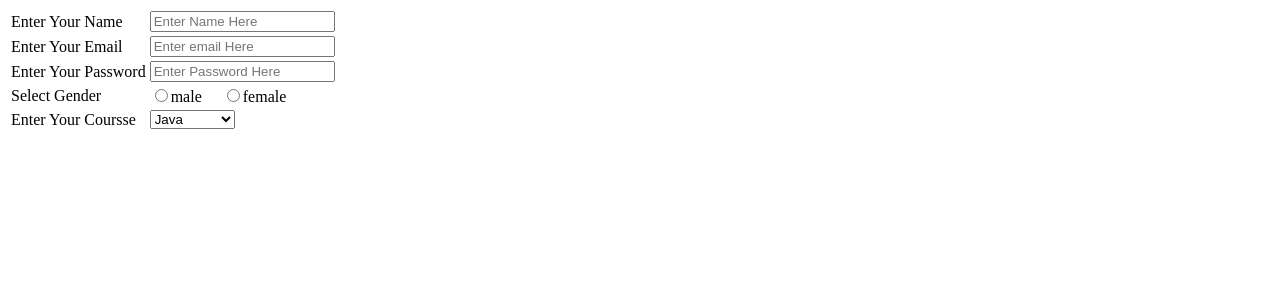
Repository: Attishgawali/JavaServletAndJSP
Page: DemoApp/src/main/webapp/form.html
The author's editor kept a copy of each file at every save. The page is drawn from the files as they stood at one save, then again after the next save.
The browser window is 1280 px wide. The pictures show the whole page.

Above is the page before, as saved 2023-07-01 17:11:50.

After the next save:
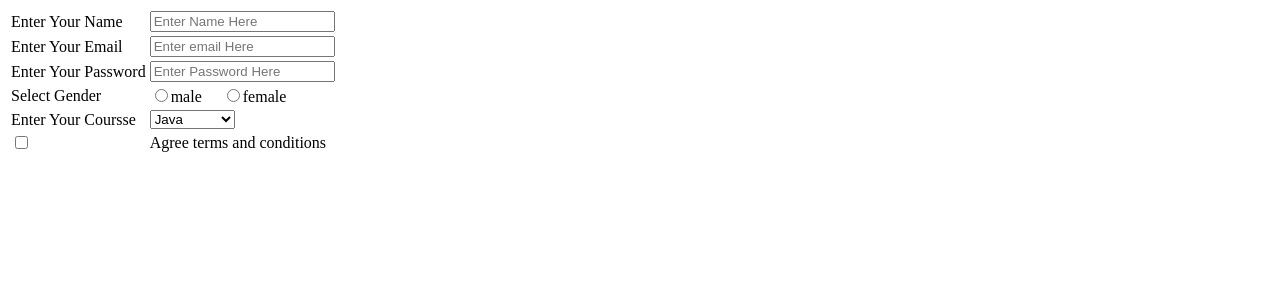
Saved 2 min 47 s later.
--- a/DemoApp/src/main/webapp/form.html
+++ b/DemoApp/src/main/webapp/form.html
@@ -38,6 +38,15 @@
 					</select>
 				</td>
 			</tr>
+
+			<tr>
+				<td>
+					<input type="checkbox" value="checked" name="condition">
+				</td>
+				<td>
+					Agree terms and conditions
+				</td>
+			</tr>
 		</table>
 	</div>
 
